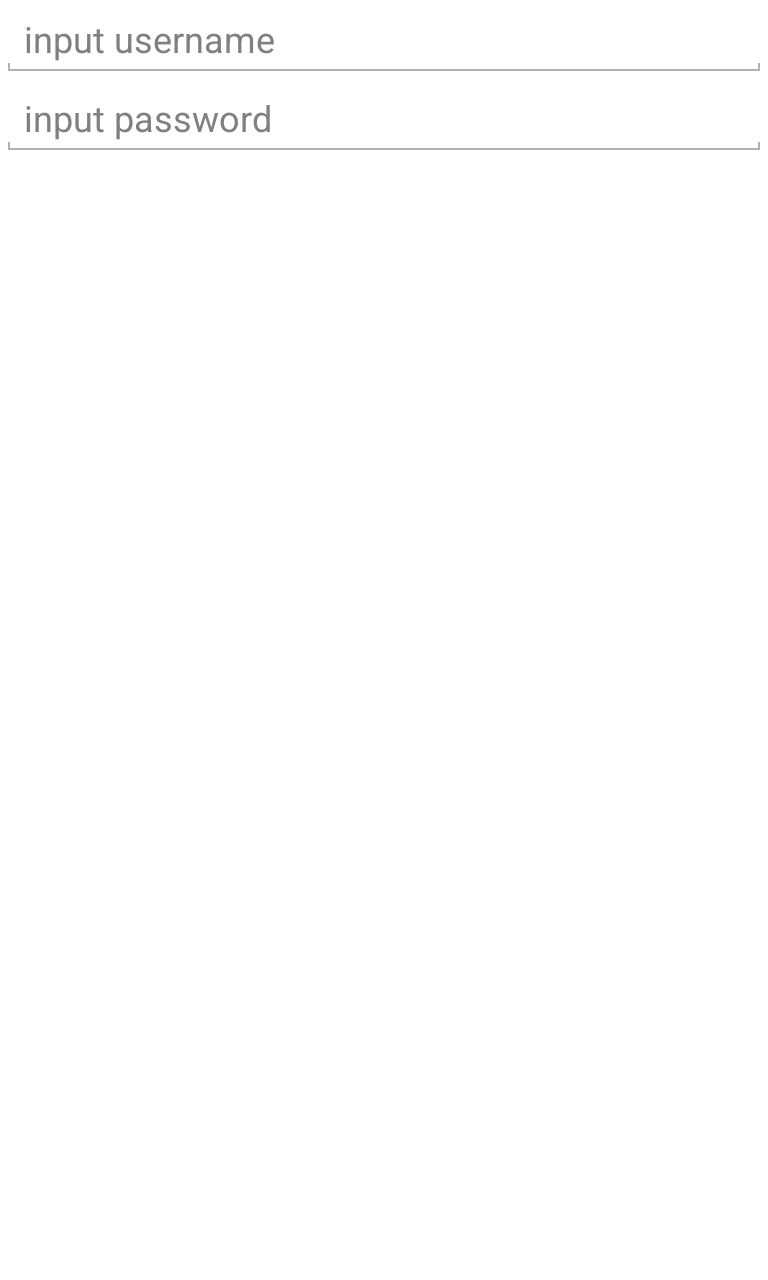
Repository: whoami-I/android
Layout: ListView/Login/res/layout/activity_main.xml
The author's editor kept a copy of each file at every save. The layout is drawn from the files as they stood at one save, then again after the next save.
It is drawn on a 768 x 1280 px phone screen (xhdpi) without system bars, with theme AppTheme; the app's code is not run.

Above is the layout before, as saved 2018-10-30 11:11:06.

After the next save:
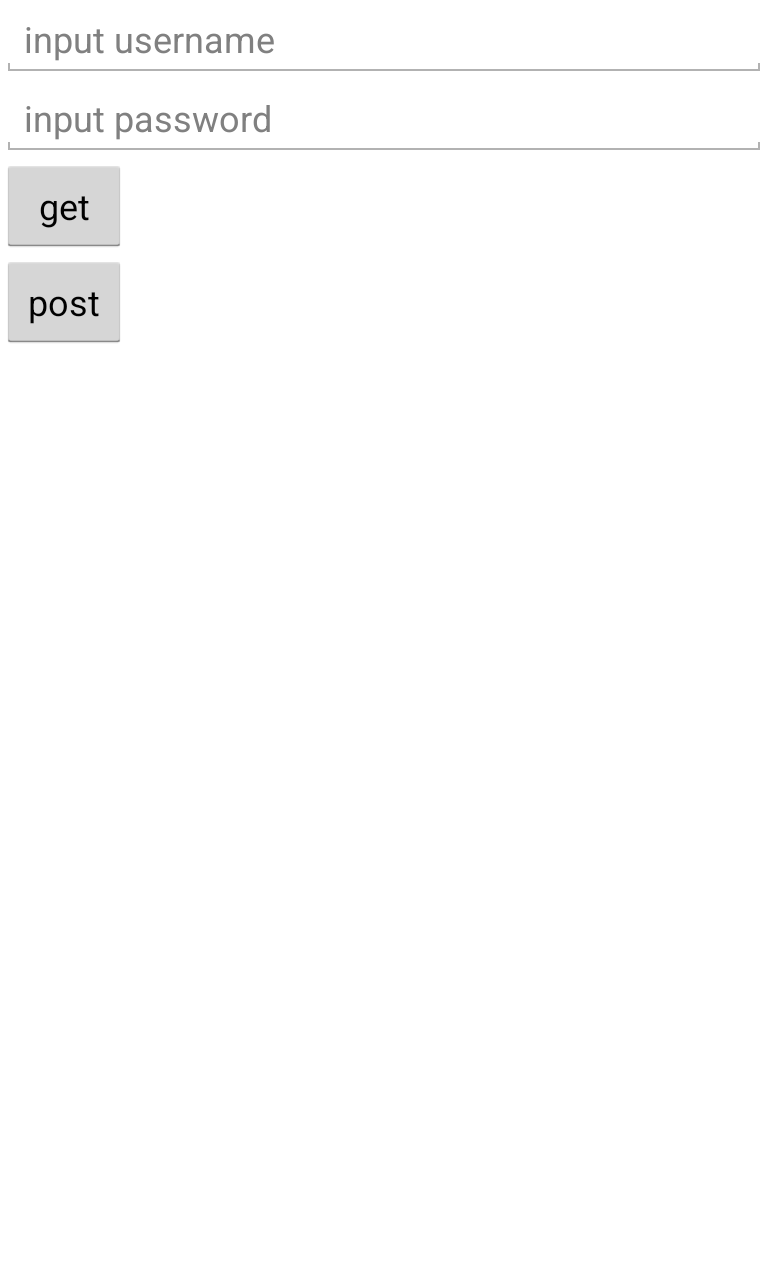
Saved 81 s later.
--- a/ListView/Login/res/layout/activity_main.xml
+++ b/ListView/Login/res/layout/activity_main.xml
@@ -18,4 +18,16 @@
         android:hint="input password"
         android:onClick="click_password" />
 
+    <Button
+        android:id="@+id/btn_get"
+        android:layout_width="wrap_content"
+        android:layout_height="wrap_content"
+        android:text="get" />
+
+    <Button
+        android:id="@+id/btn_post"
+        android:layout_width="wrap_content"
+        android:layout_height="wrap_content"
+        android:text="post" />
+
 </LinearLayout>
